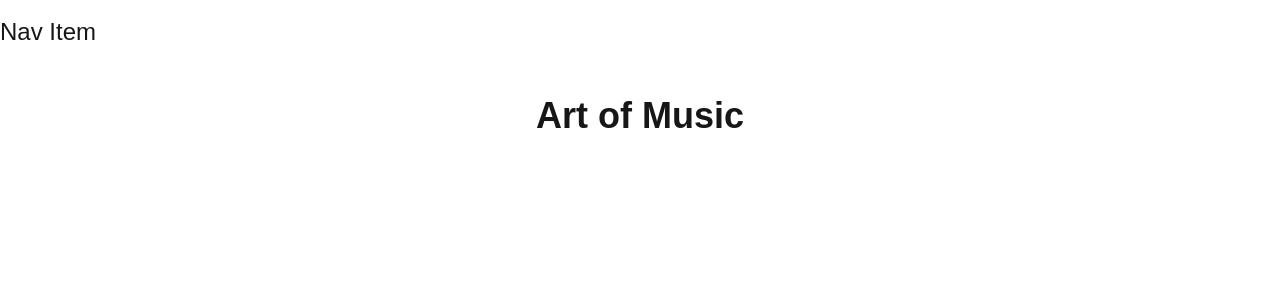
Repository: Strong02coder/Art_of_Music-Next.Js-
Page: /
The author's editor kept a copy of each file at every save. The page is drawn from the files as they stood at one save, then again after the next save.
The browser window is 1280 px wide. The pictures show the whole page.
The project was rebuilt for these pictures with package versions that can differ from the ones it lists, and the page was loaded fresh each time. The framework's server and built-in components were replaced by stand-ins that run in the browser. Also part of the build but not shown: next.config.ts.

Above is the page before, as saved 2025-01-28 19:27:51.

After the next save:
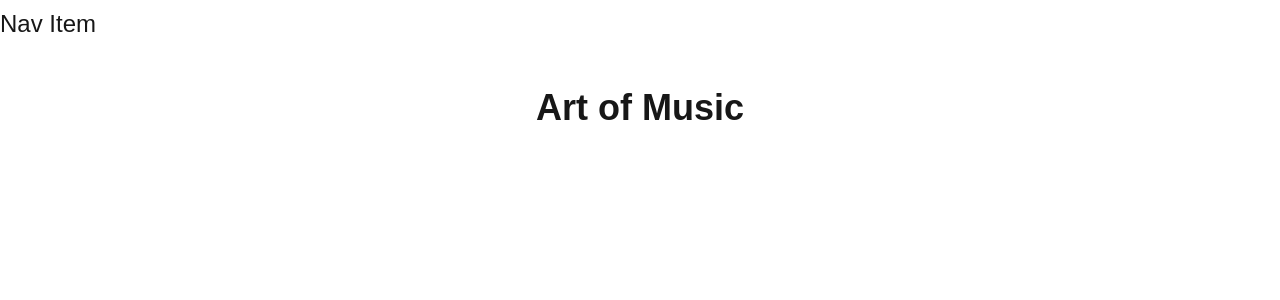
Saved 6 s later.
--- a/src/app/layout.tsx
+++ b/src/app/layout.tsx
@@ -25,7 +25,7 @@
   return (
     <html lang="en">
       <body className={`${geistSans.variable} ${geistMono.variable} antialiased`}>
-				<h1 className="text-2xl mt-4">Nav Item</h1>
+				<h1 className="text-2xl mt-2">Nav Item</h1>
         {children}
       </body>
     </html>
